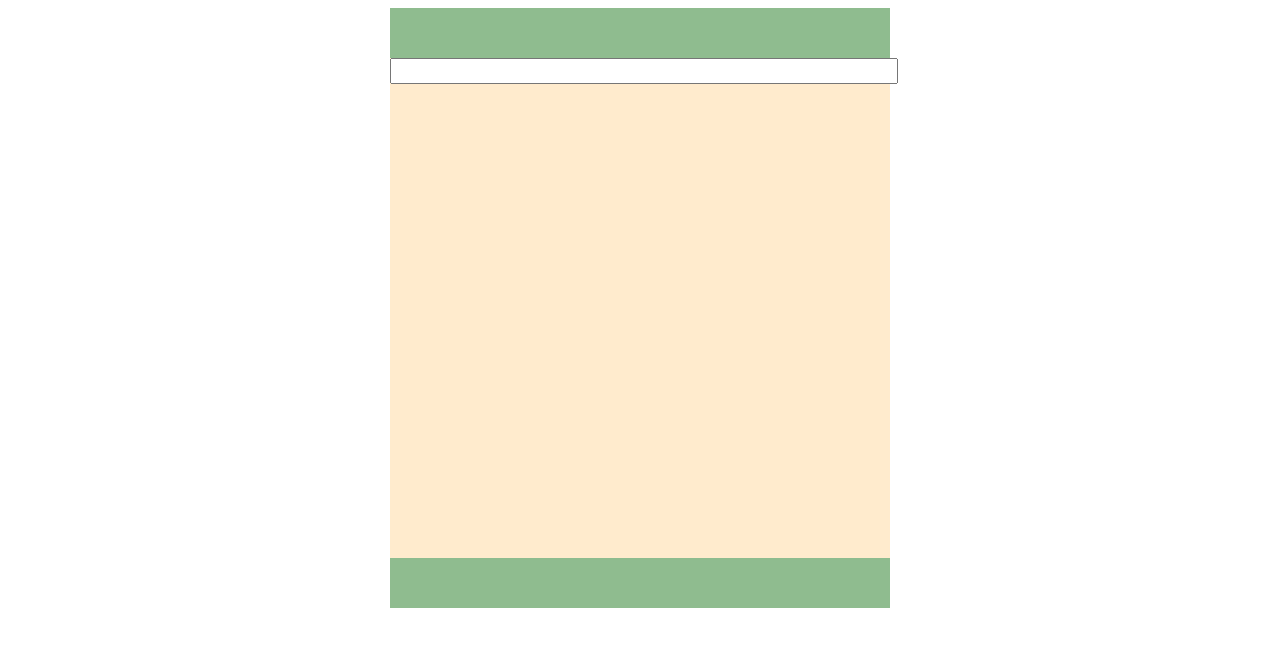
Repository: rumor1993/DreamCoding-Browser101
Page: Chapter05/index.html
The author's editor kept a copy of each file at every save. The page is drawn from the files as they stood at one save, then again after a run of saves.
The browser window is 1280 px wide. The pictures show the whole page.

Above is the page before, as saved 2020-12-30 12:03:56.

### Chapter05/index.html
<!DOCTYPE html>
<html lang="en">
  <head>
    <meta charset="UTF-8" />
    <meta name="viewport" content="width=device-width, initial-scale=1.0" />
    <title>Shoopping List</title>
    <style>
      .shoopping-list {
        position: relative;
        width: 500px;
        height: 600px;
        margin: 0 auto;
        background-color: blanchedalmond;
      }
      .header {
        position: relative;
        width: 500px;
        height: 50px;
        background-color: darkseagreen;
      }

      .contents {
        position: relative;
        width: 500px;
        height: 20px;
      }

      .contents input {
        position: absolute;
        width: 500px;
        height: 20px;
      }

      .footer {
        position: absolute;
        width: 500px;
        height: 50px;
        bottom: 0;
        background-color: darkseagreen;
      }
    </style>
  </head>
  <body>
    <div class="shoopping-list">
      <div class="header"></div>
      <div class="contents">
        <input type="text" class="" />
      </div>
      <div class="footer"></div>
    </div>
  </body>
</html>

After the next 2 saves:
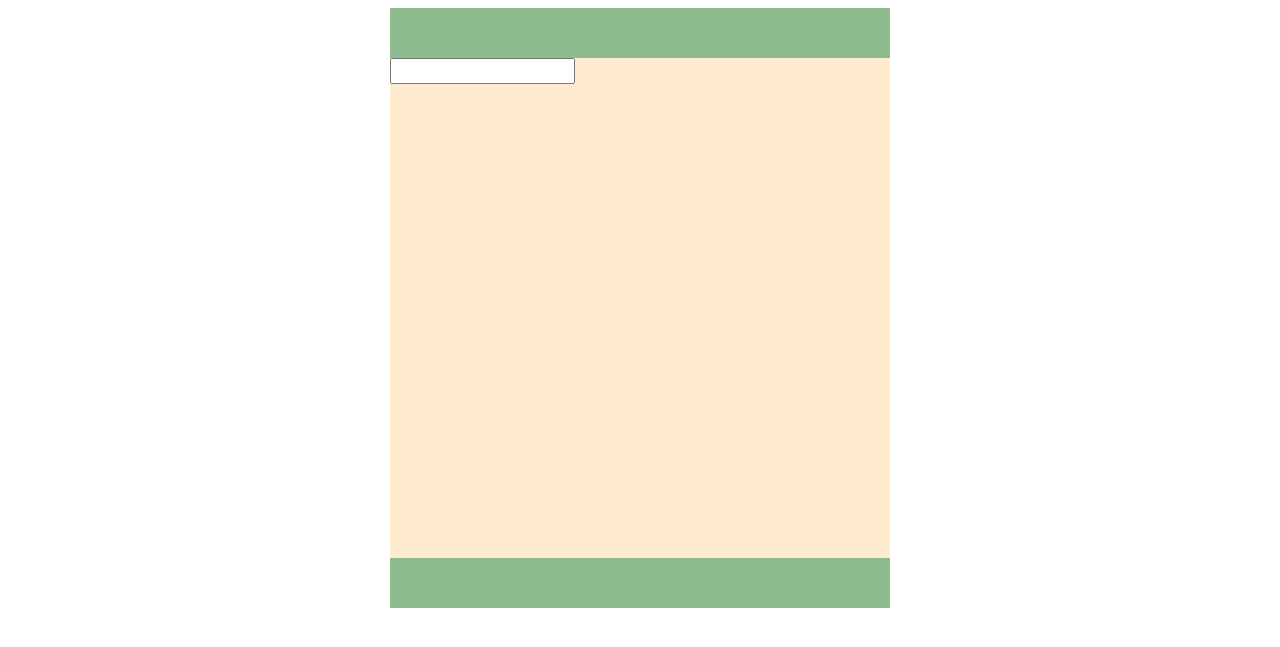
The 2 saves are shown as one change because they came seconds apart.
The last was saved 6 s later.
--- a/Chapter05/index.html
+++ b/Chapter05/index.html
@@ -26,8 +26,7 @@
       }
 
       .contents input {
-        position: absolute;
-        width: 500px;
+        position: relative;
         height: 20px;
       }
 

After the save that followed:
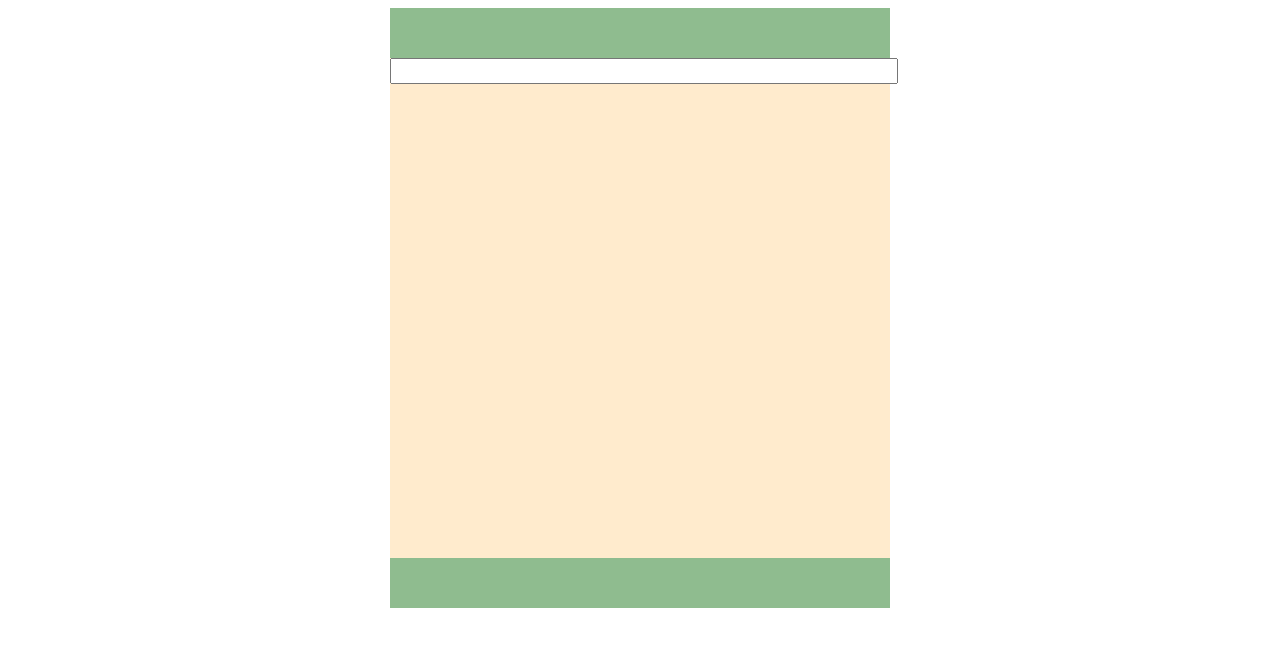
Saved 7 s later.
--- a/Chapter05/index.html
+++ b/Chapter05/index.html
@@ -27,6 +27,7 @@
 
       .contents input {
         position: relative;
+        width: 100%;
         height: 20px;
       }
 
